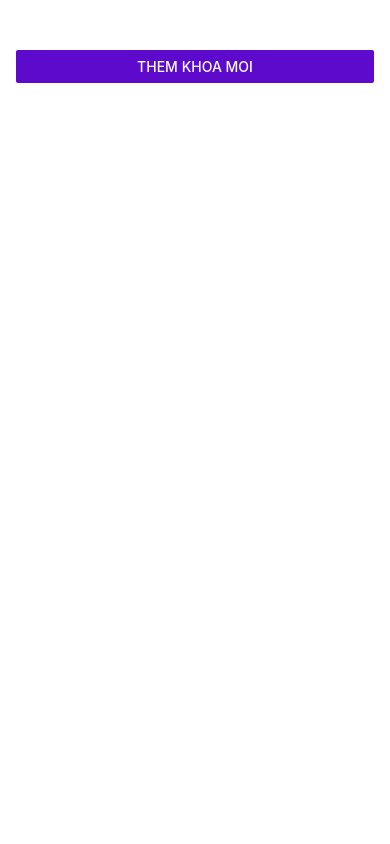
Repository: quyettc93/reactNative1
Screen: /
These files come from the project's save history. The screen is drawn as it stood at one moment and after the next save; the edit follows.
The app was drawn by React Native's web renderer in a window 390 px wide. The project was rebuilt for these pictures with package versions that can differ from the ones it lists, and the page was loaded fresh each time. Also part of the build but not shown: components/GoalItem.js, components/GoalInput.js.

Above is the screen before, as saved 2024-10-29 16:09:08.

### App.js
import { StyleSheet, View, FlatList, Button } from 'react-native';
import { useState } from 'react';
import GoalItem from './components/GoalItem';
import GoalInput from './components/GoalInput';

export default function App() {
    const [modalIsVisible, setModalIsVisible] = useState(false);
    const [courseGoals, setCourseGoals] = useState([]);

    function startAddGoalHandler() {
        setModalIsVisible(true);
    }
    function endAddGoalHandle() {
        setModalIsVisible(false);
    }

    function addGoalHander(enteredGoalTest) {
        setCourseGoals((c) => [
            ...c,
            { text: enteredGoalTest, id: Math.random().toString() },
        ]);
        endAddGoalHandle();
    }
    function deleteGoalHandler(id) {
        setCourseGoals((c) => {
            return c.filter((goal) => goal.id !== id);
        });
    }
    return (
        <View style={styles.container}>
            <Button
                title="them khoa moi"
                color="#5e0acc"
                onPress={startAddGoalHandler}
            />
            {modalIsVisible && (
                <GoalInput
                    onAddGoals={addGoalHander}
                    onCancel={endAddGoalHandle}
                />
            )}
            <View style={styles.goalsContainer}>
                <FlatList
                    data={courseGoals}
                    alwaysBounceVertical={false}
                    renderItem={(i) => {
                        return (
                            <GoalItem
                                text={i.item.text}
                                id={i.item.id}
                                onDeleteItem={deleteGoalHandler}
                            />
                        );
                    }}
                    keyExtractor={(item, index) => {
                        return item.id;
                    }}
                />
            </View>
        </View>
    );
}

const styles = StyleSheet.create({
    container: {
        flex: 1,
        padding: 50,
        paddingHorizontal: 16,
    },

    goalsContainer: {
        flex: 5,
    },
    goalItem: {
        padding: 8,
        margin: 8,
        borderRadius: 6,
        backgroundColor: '#5e0acc',
    },
    goalText: {
        color: 'white',
    },
});

After the next save:
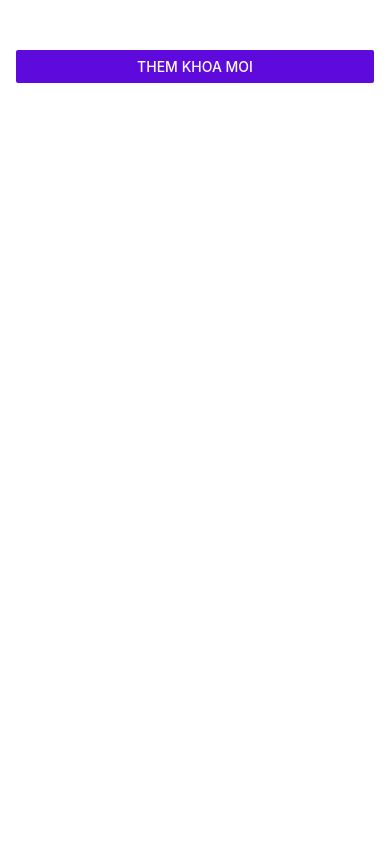
Saved 5 min 24 s later.
--- a/App.js
+++ b/App.js
@@ -30,7 +30,7 @@ export default function App() {
         <View style={styles.container}>
             <Button
                 title="them khoa moi"
-                color="#5e0acc"
+                color="#5e0adc"
                 onPress={startAddGoalHandler}
             />
             {modalIsVisible && (
